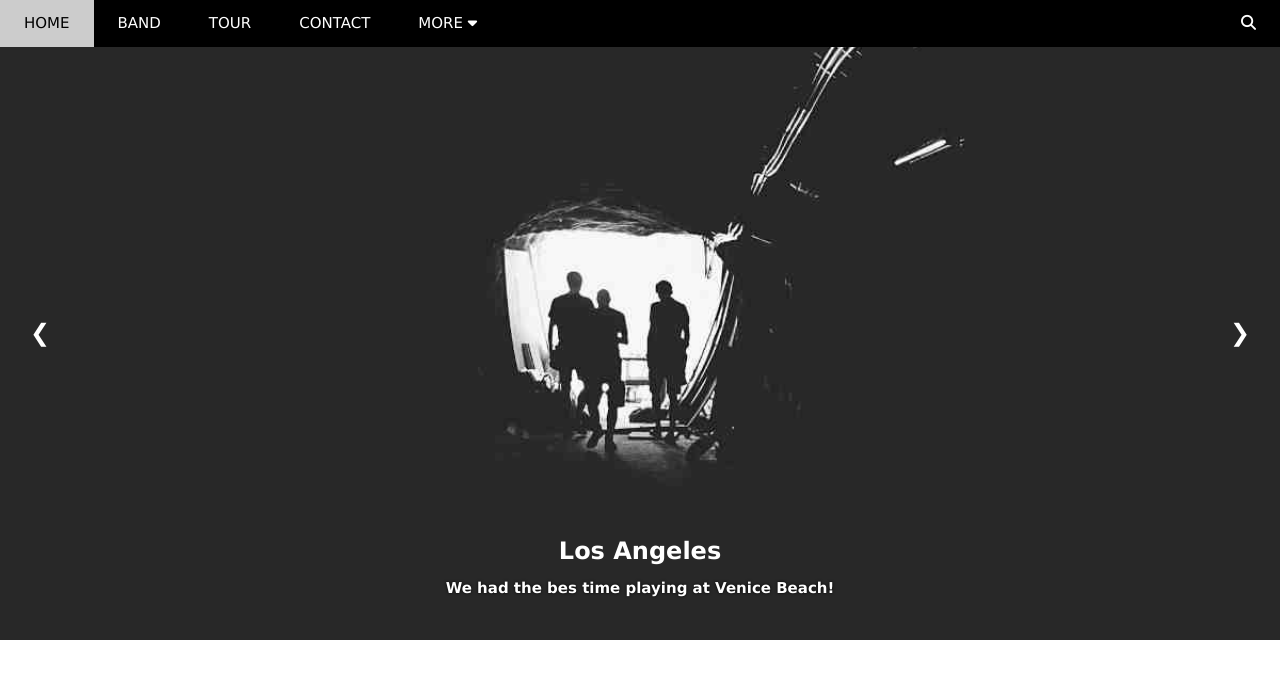
Repository: tam1512/The-Band
Page: index.html
An editor plug-in stored every save of this project. The page is shown before and after the next save, followed by the edit.
The browser window is 1280 px wide. The pictures show the whole page.
Some web libraries are served in a nearby version.

Above is the page before, as saved 2022-07-23 09:20:14.

### index.html
<!DOCTYPE html>
<html lang="en">
  <head>
    <meta charset="UTF-8" />
    <meta http-equiv="X-UA-Compatible" content="IE=edge" />
    <meta name="viewport" content="width=device-width, initial-scale=1.0" />
    <link
      rel="stylesheet"
      href="https://cdnjs.cloudflare.com/ajax/libs/font-awesome/6.1.1/css/all.min.css"
      integrity="sha512-KfkfwYDsLkIlwQp6LFnl8zNdLGxu9YAA1QvwINks4PhcElQSvqcyVLLD9aMhXd13uQjoXtEKNosOWaZqXgel0g=="
      crossorigin="anonymous"
      referrerpolicy="no-referrer"
    />
    <link rel="stylesheet" href="./assets/css/style.css" />
    <title>The Band</title>
  </head>
  <body>
    <div class="container">
      <div class="header" id="home">
        <ul id="nav">
          <li><a href="#home">HOME</a></li>
          <li><a href="#band">BAND</a></li>
          <li><a href="#tour">TOUR</a></li>
          <li><a href="#contact">CONTACT</a></li>
          <li class="dropdown">
            <a href="javascript:void(0)" class="dropbtn">
              MORE
              <i class="fa-solid fa-caret-down"></i>
            </a>
            <div class="dropdown-content">
              <a href="#">Merchandise</a>
              <a href="#">Extras</a>
              <a href="#">Media</a>
            </div>
          </li>
        </ul>
        <div id="search">
          <i class="fa-solid fa-magnifying-glass color-white"></i>
        </div>
      </div>
      <!-- Slideshow container -->
      <div class="slideshow-container">
        <!-- Full-width image with caption text -->
        <div class="mySlides">
          <img src="assets/img/la.jpg" alt="Los Angeles" />
          <div class="text padding-32-16 color-white">
            <h3 class="fz-24 margin-10">Los Angeles</h3>
            <p class="margin-15">
              <b class="text-shadow">We had the bes time playing at Venice Beach!</b>
            </p>
          </div>
        </div>

        <div class="mySlides">
          <img src="assets/img/ny.jpg" alt="New York" />
          <div class="text padding-32-16 color-white">
            <h3 class="fz-24 margin-10">New York</h3>
            <p class="margin-15">
              <b class="text-shadow">The atmosphere in New York is lorem ipsum.</b>
            </p>
          </div>
        </div>

        <div class="mySlides">
          <img src="assets/img/chicago.jpg" alt="Chicago" />
          <div class="text padding-32-16 color-white">
            <h3 class="fz-24 margin-10">Chicago</h3>
            <p class="margin-15">
              <b class="text-shadow">Thank you, Chicago - A night we won't forget</b>
            </p>
          </div>
        </div>

        <!-- Next and previous buttons -->
        <a class="prev">&#10094</a>
        <a class="next">&#10095</a>

       <!-- The dots/circles -->
        <div class="dots"></div>
        </div>
      </div>
      <br>


    </div>

    <script src="assets/js/js.js"></script>
  </body>
</html>

### assets/css/style.css
:root {
}

* {
  padding: 0;
  margin: 0;
  box-sizing: border-box;
}

body {
  font-family: Verdana, sans-serif;
  font-size: 15px;
  line-height: 22.5px;
}

.fz-24 {
  font-size: 24px;
}

.fz-30 {
  font-size: 30px;
}

.color-white {
  color: white;
}

.padding-64-16 {
  padding: 64px 16px !important;
}

.padding-32-16 {
  padding: 32px 16px !important;
}

.margin-0-24 {
  margin: 0 24px !important;
}

.margin-10 {
  margin: 10px 0 !important;
}

.margin-15 {
  margin: 15px 0 !important;
}

.text-shadow {
  text-shadow: 0 0 3px #000;
}

.header {
  position: fixed;
  top: 0;
  right: 0;
  left: 0;
  z-index: 2;
}

#nav {
  list-style-type: none;
  background-color: #000;
  overflow: hidden;
}

#nav > li {
  float: left;
}

#nav > li > a,
.dropbtn {
  display: inline-block;
  padding: 12px 24px;
  text-align: center;
  color: #fff;
  text-decoration: none;
}

#nav > li > a:hover,
.dropdown:hover,
.dropbtn:hover,
.dropdown-content a:hover {
  background-color: #ccc;
  color: black;
}

li.dropdown {
  display: inline-block;
  /* position: relative; */
}

.dropdown-content {
  display: none;
  position: absolute;
  min-width: 160px;
  background-color: #fff;
  box-shadow: 0px 8px 16px 0px rgba(0, 0, 0, 0.2);
  z-index: 1;
}

.dropdown-content a {
  color: #000 !important;
  text-align: left;
  padding: 8px 16px;
  display: block;
  text-decoration: none;
}

.dropdown:hover .dropdown-content {
  display: block;
}

#search {
  position: absolute;
  top: 0;
  right: 0;
  padding: 12px 24px;
}

#search:hover {
  background-color: #f44336;
}

/* Slider */
/* Slideshow container */
.slideshow-container {
  max-width: 100%;
  height: auto;
  position: relative;
  /* top: 47px; */
  margin: auto;
}

/* Hide the images by default */
.mySlides {
  display: none;
}

.mySlides:first-child {
  display: block;
}

.mySlides img {
  width: 100%;
  height: 100%;
}

/* Next & previous buttons */
.prev,
.next {
  cursor: pointer;
  position: absolute;
  top: 50%;
  transform: translate(0, -50%);
  margin: 10px;
  padding: 24px 20px;
  color: #fff;
  font-weight: bold;
  font-size: 24px;
  transition: background-color 0.6s ease;
  border-radius: 5px 5px 5px 5px;
  user-select: none;
}

/* Position the "next button" to the right */
.next {
  right: 0;
  border-radius: 5px 5px 5px 5px;
}

/* On hover, add a black backgroound color with a little bit see-through */
.prev:hover,
.next:hover {
  background-color: rgba(191, 191, 191, 0.6);
  color: rgb(26, 23, 23);
  font-weight: bolder;
}

/* Caption text */
.text {
  position: absolute;
  left: 50%;
  transform: translate(-50%, -100%);
  text-align: center;
}

.dots {
  position: absolute;
  left: 50%;
  transform: translate(-50%, -120%);
}

.dot {
  cursor: pointer;
  padding: 6px;
  background-color: transparent;
  display: inline-block;
  transition: background-color 0.6s ease;
}

.dot::before {
  content: "";
  display: inline-block;
  height: 15px;
  width: 15px;
  border-radius: 50%;
  background-color: #717171;
}
.dot.active::before,
.dot:hover::before {
  background-color: #bbb;
}

/* Fading animation */
/* .fade {
  animation-name: fade;
  animation-duration: 1.5s;
}

@keyframes fade {
  from {
    opacity: 0.4;
  }
  to {
    opacity: 1;
  }
} */

### assets/js/js.js
let currentSlide = 0;
let newIndex = 0;
let autoplay = true;

let slideElements = document.getElementsByClassName("mySlides");
let paginationElement = document.getElementsByClassName("dots")[0];
let prevElement = document.getElementsByClassName("prev")[0];
let nextElement = document.getElementsByClassName("next")[0];

After the next save:
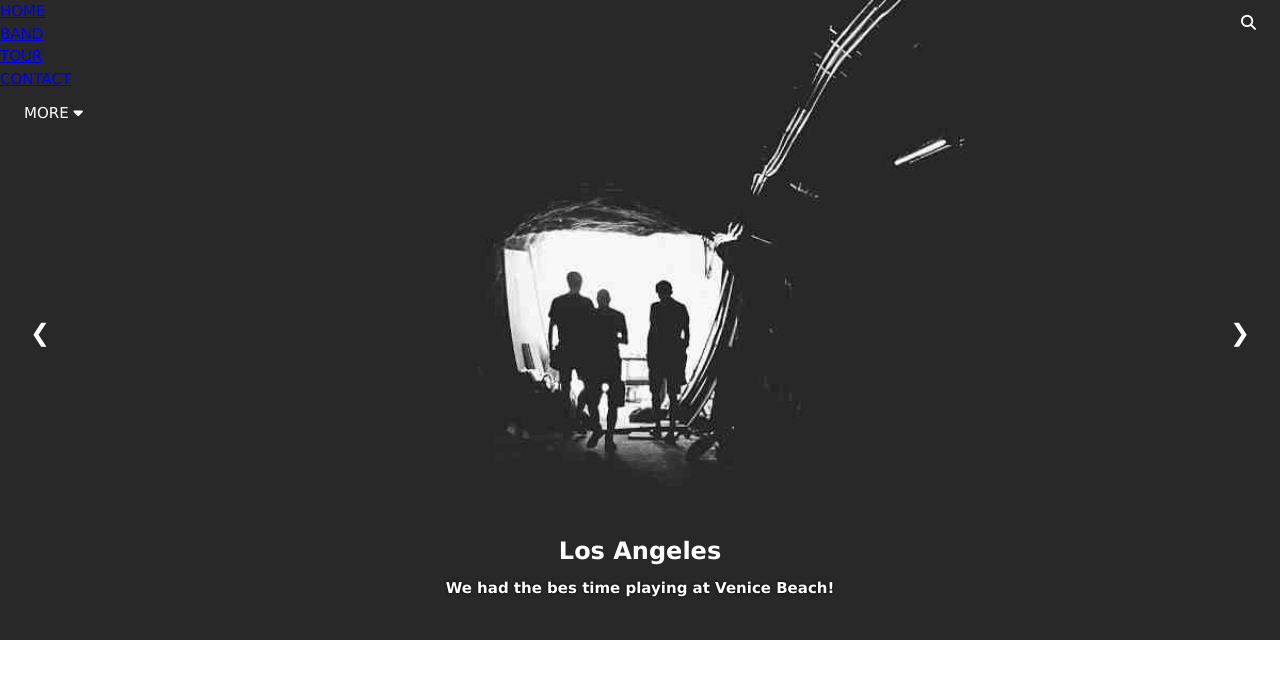
Saved 2 min 57 s later.
--- a/assets/css/style.css
+++ b/assets/css/style.css
@@ -57,17 +57,17 @@ body {
   z-index: 2;
 }
 
-#nav {
+.header_nav {
   list-style-type: none;
   background-color: #000;
   overflow: hidden;
 }
 
-#nav > li {
+.header_nav > li {
   float: left;
 }
 
-#nav > li > a,
+.header_nav > li > a,
 .dropbtn {
   display: inline-block;
   padding: 12px 24px;
@@ -76,7 +76,7 @@ body {
   text-decoration: none;
 }
 
-#nav > li > a:hover,
+.header_nav > li > a:hover,
 .dropdown:hover,
 .dropbtn:hover,
 .dropdown-content a:hover {
@@ -84,7 +84,7 @@ body {
   color: black;
 }
 
-li.dropdown {
+li.header_nav_dropdown {
   display: inline-block;
   /* position: relative; */
 }
